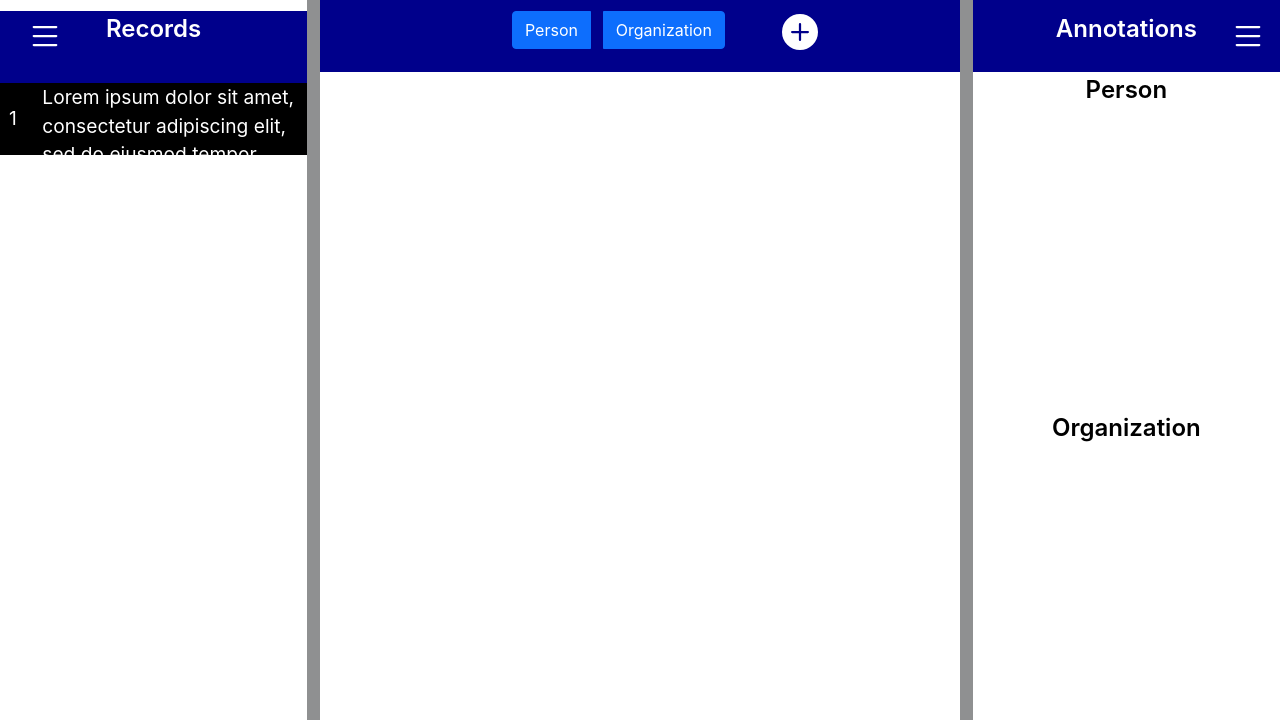
Repository: napan24/classforma_assignment
Page: / (app in client/)
The author's editor kept a copy of each file at every save. The page is drawn from the files as they stood at one save, then again after the next save.
The browser window is 1280 px wide. The pictures show the whole page.
The project was rebuilt for these pictures with package versions that can differ from the ones it lists, and the page was loaded fresh each time. Also part of the build but not shown: client/src/App.css.

Above is the page before, as saved 2022-07-20 18:53:50.

### client/public/index.html
<!DOCTYPE html>
<html lang="en">
  <head>
    <meta charset="utf-8" />
    <link rel="icon" href="%PUBLIC_URL%/favicon.ico" />
    <meta name="viewport" content="width=device-width, initial-scale=1" />
    <meta name="theme-color" content="#000000" />
    <meta
      name="description"
      content="Web site created using create-react-app"
    />
    <link href="https://cdn.jsdelivr.net/npm/bootstrap@5.1.3/dist/css/bootstrap.min.css" rel="stylesheet" integrity="sha384-1BmE4kWBq78iYhFldvKuhfTAU6auU8tT94WrHftjDbrCEXSU1oBoqyl2QvZ6jIW3" crossorigin="anonymous">
    <link rel="apple-touch-icon" href="%PUBLIC_URL%/logo192.png" />
    <!--
      manifest.json provides metadata used when your web app is installed on a
      user's mobile device or desktop. See https://developers.google.com/web/fundamentals/web-app-manifest/
    -->
    <link rel="manifest" href="%PUBLIC_URL%/manifest.json" />
    <!--
      Notice the use of %PUBLIC_URL% in the tags above.
      It will be replaced with the URL of the `public` folder during the build.
      Only files inside the `public` folder can be referenced from the HTML.

      Unlike "/favicon.ico" or "favicon.ico", "%PUBLIC_URL%/favicon.ico" will
      work correctly both with client-side routing and a non-root public URL.
      Learn how to configure a non-root public URL by running `npm run build`.
    -->
    <title>React App</title>
  </head>
  <body>
    <noscript>You need to enable JavaScript to run this app.</noscript>
    <div id="root"></div>
    <!--
      This HTML file is a template.
      If you open it directly in the browser, you will see an empty page.

      You can add webfonts, meta tags, or analytics to this file.
      The build step will place the bundled scripts into the <body> tag.

      To begin the development, run `npm start` or `yarn start`.
      To create a production bundle, use `npm run build` or `yarn build`.
    -->
    <script src="https://cdn.jsdelivr.net/npm/bootstrap@5.1.3/dist/js/bootstrap.bundle.min.js" integrity="sha384-ka7Sk0Gln4gmtz2MlQnikT1wXgYsOg+OMhuP+IlRH9sENBO0LRn5q+8nbTov4+1p" crossorigin="anonymous"></script>
  </body>
</html>

### client/src/App.js
import logo from './logo.svg';
import './App.css';
import Home from './Home';

function App() {
  return (
    <>
      <Home></Home>
    </>
  );
}

export default App;

### client/src/Home.js
'strict origin'
import React, { useState, useEffect } from 'react'
const Home = () => {
    const [textField, setTextField] = useState();
    const [person, setPerson] = useState();
    const [place, setPlace] = useState();
    const [personName, setPersonName] = useState(['']);
    const [placeName, setPlaceName] = useState(['']);
    const [data, setData] = useState("");
    const [leftClose, setLeftClose] = useState(false);
    const [rightClose, setRightClose] = useState(false);
    useEffect(() => {
        if (textField) {
            trending();
        }
    }, [textField])
    const trending = async () => {
        const res = await fetch("/", {
            method: 'POST',
            headers: {
                "Content-Type": "application/json"
            },
            body: JSON.stringify({ textField })
        });
        const result = await res.json();
        console.log(result);
        setPerson(result.filter((arr) => arr.type == 'Person'));
        setPlace(result.filter((arr) => arr.type[0] == 'Place' || arr.type[0] == 'PopulatedPlace' || arr.type[0] == 'Settlement' || arr.type[0] == 'City'));
    };
    useEffect(() => {
        setPersonName(['']);
        if (person) {
            person.forEach(function (arrayItem) {
                setPersonName(curr => [...curr, arrayItem.entityId]);
            });
        }
    }, [person])
    useEffect(() => {
        setPlaceName(['']);
        if (place) {
            console.log(place);
            place.forEach(function (arrayItem) {
                setPlaceName(curr => [...curr, arrayItem.entityId]);
            });
        }
    }, [place])
    const showFile = async (e) => {
        e.preventDefault()
        const reader = new FileReader()
        reader.onload = async (e) => {
            const text = (e.target.result)
            setTextField(text);
        };
        reader.readAsText(e.target.files[0])
    }
    function replace() {
        setTextField(textField.replace(data, ''));
        showAlert("alert")
    }
    function showAlert(id) {
        if (document.getElementById(id).style.display == "inline-block") {
            document.getElementById(id).style.display = "none";
        }
        else {
            document.getElementById(id).style.display = "inline-block";
        }
    }
    function CloseClick(e) {
        setData(e.currentTarget.parentElement.querySelector('.userName').innerText);
        showAlert("alert");
    }
    function showLeftComponent() {
        if (document.getElementById('left_component').style.display == "inline") {
            document.getElementById('left_component').style.display = "none";
            document.getElementById('left_open').style.display = "inline";
        }
        else {
            document.getElementById('left_component').style.display = "inline";
            document.getElementById('left_open').style.display = "none";
        }
        setLeftClose(!leftClose);
    }
    function showRightComponent() {
        if (document.getElementById('right_component').style.display == "inline") {
            document.getElementById('right_component').style.display = "none";
            document.getElementById('right_open').style.display = "inline";
        }
        else {
            document.getElementById('right_component').style.display = "inline";
            document.getElementById('right_open').style.display = "none";
        }
        setRightClose(!rightClose);
    }
    return (
        <>
            <div id="alert" style={{ display: "none", height: "35vh", width: "35vw", backgroundColor: "white", position: "absolute", zIndex: '2', left: "35%", top: "25%", border: "2px solid red" }}>
                <button onClick={() => { showAlert("alert") }} type="button" class="btn btn-primary" style={{ marginRight: "1vw", position: "absolute", bottom: "10%", left: "15%", padding: "2vh" }}>Cancel</button>
                <button onClick={(e) => { replace(e) }} style={{ marginRight: "1vw", position: "absolute", bottom: "10%", left: "65%", padding: "2vh" }} type="button" class="btn btn-primary">Delete</button>
            </div>
            <div style={{ display: 'flex', width: "100vw", height: "100vh", backgroundColor: "#8f9091", overflow: "hidden" }}>
                <div id="left_component" style={{ display: 'inline', width: "24vw", height: "100vh", backgroundColor: "white", marginRight: "1vw" }}>
                    <div style={{ width: "24vw", height: "10vh", backgroundColor: "#00008b", textAlign: 'center', fontSize: '150%', color: "white", fontWeight: "600"}}>
                        <p style={{ marginTop: "1.5vh" }}>
                            Records
                        </p>
                    </div>
                    <svg onClick={() => { showLeftComponent() }} style={{ width: "5vw", height: "5vh", position: 'absolute', left: "1vw", top: "2.5vh", color: 'white' }} xmlns="http://www.w3.org/2000/svg" fill="currentColor" class="bi bi-list" viewBox="0 0 16 16">
                        <path fill-rule="evenodd" d="M2.5 12a.5.5 0 0 1 .5-.5h10a.5.5 0 0 1 0 1H3a.5.5 0 0 1-.5-.5zm0-4a.5.5 0 0 1 .5-.5h10a.5.5 0 0 1 0 1H3a.5.5 0 0 1-.5-.5zm0-4a.5.5 0 0 1 .5-.5h10a.5.5 0 0 1 0 1H3a.5.5 0 0 1-.5-.5z" />
                    </svg>
                    <div style={{ width: "24vw", height: "10vh", backgroundColor: "black",overflow:"hidden",color:"white",fontSize:"120%",display:"flex",justifyContent:'center',alignItems:'center' }}>
                        <span style={{top:"10vh"}}>
                            1
                        </span>
                        <span style={{height:"10vh",width:"20vw",marginLeft:"2vw"}}>
                            Lorem ipsum dolor sit amet, consectetur adipiscing elit, sed do eiusmod tempor incididunt ut labore et dolore magna aliqua. Ut enim ad minim veniam, quis nostrud exercitation ullamco laboris nisi ut aliquip ex ea commodo consequat. Duis aute irure dolor in reprehenderit in voluptate velit esse cillum dolore eu fugiat nulla pariatur. Excepteur sint occaecat cupidatat non proident, sunt in culpa qui officia deserunt mollit anim id est laborum.
                        </span>
                    </div>
                </div>
                <div style={{ width: leftClose && rightClose ? "100vw" : rightClose ? "75vw" : leftClose ? "75vw" : "50vw", height: "100vh", backgroundColor: "white", marginRight: "1vw", overflowY: "unset" }}>
                    <div style={{ width: leftClose && rightClose ? "100vw" : rightClose ? "75vw" : leftClose ? "75vw" : "50vw", height: "10vh", backgroundColor: "#00008b", position: 'relative', overflowY: 'hidden' }}>
                        <svg id="left_open" onClick={() => { showLeftComponent() }} style={{ display: "none", width: "5vw", height: "5vh", position: 'absolute', left: "1vw", top: "2.5vh", color: 'white' }} xmlns="http://www.w3.org/2000/svg" fill="currentColor" class="bi bi-list" viewBox="0 0 16 16">
                            <path fill-rule="evenodd" d="M2.5 12a.5.5 0 0 1 .5-.5h10a.5.5 0 0 1 0 1H3a.5.5 0 0 1-.5-.5zm0-4a.5.5 0 0 1 .5-.5h10a.5.5 0 0 1 0 1H3a.5.5 0 0 1-.5-.5zm0-4a.5.5 0 0 1 .5-.5h10a.5.5 0 0 1 0 1H3a.5.5 0 0 1-.5-.5z" />
                        </svg>
                        <div class="btn-group" style={{ marginTop: "1.5vh", marginLeft: "15vw" }}>
                            <button type="button" class="btn btn-primary" style={{ marginRight: "1vw" }}>Person</button>
                            <button type="button" class="btn btn-primary">Organization</button>
                        </div>
                        <label for="file">
                            <svg style={{ width: "20%", height: "50%", position: "absolute", right: "15%", top: "2vh", color: "white" }} xmlns="http://www.w3.org/2000/svg" fill="currentColor" class="bi bi-plus-circle-fill" viewBox="0 0 16 16">
                                <path d="M16 8A8 8 0 1 1 0 8a8 8 0 0 1 16 0zM8.5 4.5a.5.5 0 0 0-1 0v3h-3a.5.5 0 0 0 0 1h3v3a.5.5 0 0 0 1 0v-3h3a.5.5 0 0 0 0-1h-3v-3z" />
                            </svg>
                        </label>
                        <input type="file" id="file" onChange={(e) => showFile(e)} style={{ display: "none" }} />
                        <svg id="right_open" onClick={() => { showRightComponent() }} style={{ display: "none", width: "5vw", height: "5vh", position: 'absolute', right: "1vw", top: "2.5vh", color: 'white' }} xmlns="http://www.w3.org/2000/svg" fill="currentColor" class="bi bi-list" viewBox="0 0 16 16">
                            <path fill-rule="evenodd" d="M2.5 12a.5.5 0 0 1 .5-.5h10a.5.5 0 0 1 0 1H3a.5.5 0 0 1-.5-.5zm0-4a.5.5 0 0 1 .5-.5h10a.5.5 0 0 1 0 1H3a.5.5 0 0 1-.5-.5zm0-4a.5.5 0 0 1 .5-.5h10a.5.5 0 0 1 0 1H3a.5.5 0 0 1-.5-.5z" />
                        </svg>
                    </div>
                    <div style={{ width: leftClose && rightClose ? "98vw" : rightClose ? "73vw" : leftClose ? "73vw" : "48vw", height: "85vh", marginLeft: "2vw", marginTop: "5vh", overflowY: "scroll" }}>
                        {textField}
                    </div>
                </div>
                <div id="right_component" style={{ display: 'inline', width: "24vw", height: "100vh", backgroundColor: "white" }}>
                    <div style={{ width: "24vw", height: "10vh", backgroundColor: "#00008b", textAlign: 'center', fontSize: '150%', color: "white", fontWeight: "600", position: 'relative' }}>
                        <p style={{ paddingTop: "1.5vh" }}>
                            Annotations
                        </p>
                        <svg onClick={() => { showRightComponent() }} style={{ width: "5vw", height: "5vh", position: 'absolute', right: "0vw", top: "2.5vh", color: 'white' }} xmlns="http://www.w3.org/2000/svg" fill="currentColor" class="bi bi-list" viewBox="0 0 16 16">
                            <path fill-rule="evenodd" d="M2.5 12a.5.5 0 0 1 .5-.5h10a.5.5 0 0 1 0 1H3a.5.5 0 0 1-.5-.5zm0-4a.5.5 0 0 1 .5-.5h10a.5.5 0 0 1 0 1H3a.5.5 0 0 1-.5-.5zm0-4a.5.5 0 0 1 .5-.5h10a.5.5 0 0 1 0 1H3a.5.5 0 0 1-.5-.5z" />
                        </svg>
                    </div>
                    <div style={{ width: "24vw", height: "5vh", backgroundColor: "white", textAlign: 'center', fontSize: '150%', color: "black", fontWeight: "600", marginBottom: "2vh" }}>
                        <p>
                            Person
                        </p>
                    </div>
                    <div style={{ maxWidth: "24vw", height: "40vh", backgroundColor: "white", textAlign: 'center', fontSize: '150%', color: "black", fontWeight: "600", zIndex: "2", overflowY: "scroll", overflowX: "hidden" }}>
                        {personName && personName.map((user) => (
                            user.length > 0 && <div style={{ width: "24vw", color: "black", height: "3vh", fontSize: "2vh", position: 'relative', borderBottom: '1px solid black' }}>
                                <span className='userName' style={{ width: "12vw" }}>
                                    {user}
                                </span>
                                <svg onClick={(e) => { CloseClick(e) }} style={{ width: "3.5vw", height: "3.5vh", position: 'absolute', right: "0vw", top: "0vh" }} xmlns="http://www.w3.org/2000/svg" fill="currentColor" class="bi bi-x" viewBox="0 0 16 16">
                                    <path d="M4.646 4.646a.5.5 0 0 1 .708 0L8 7.293l2.646-2.647a.5.5 0 0 1 .708.708L8.707 8l2.647 2.646a.5.5 0 0 1-.708.708L8 8.707l-2.646 2.647a.5.5 0 0 1-.708-.708L7.293 8 4.646 5.354a.5.5 0 0 1 0-.708z" />
                                </svg>
                            </div>
                        ))}
                    </div>
                    <div style={{ width: "24vw", height: "5vh", backgroundColor: "white", textAlign: 'center', fontSize: '150%', color: "black", fontWeight: "600", marginBottom: "2vh" }}>
                        <p>
                            Organization
                        </p>
                    </div>
                    <div style={{ width: "24vw", height: "40vh", backgroundColor: "white", textAlign: 'center', fontSize: '150%', color: "black", fontWeight: "600", overflowY: "scroll" }}>
                        {placeName && placeName.map((user) => (
                            user.length > 0 && <div style={{ width: "24vw", color: "black", height: "3vh", fontSize: "2vh", position: 'relative', borderBottom: '1px solid black' }}>
                                <span className='userName' style={{ width: "12vw" }}>
                                    {user}
                                </span>
                                <svg onClick={(e) => { CloseClick(e) }} style={{ width: "3.5vw", height: "3.5vh", position: 'absolute', right: "0vw", top: "0vh" }} xmlns="http://www.w3.org/2000/svg" fill="currentColor" class="bi bi-x" viewBox="0 0 16 16">
                                    <path d="M4.646 4.646a.5.5 0 0 1 .708 0L8 7.293l2.646-2.647a.5.5 0 0 1 .708.708L8.707 8l2.647 2.646a.5.5 0 0 1-.708.708L8 8.707l-2.646 2.647a.5.5 0 0 1-.708-.708L7.293 8 4.646 5.354a.5.5 0 0 1 0-.708z" />
                                </svg>
                            </div>
                        ))}
                    </div>
                </div>
            </div>
        </>
    )
}

export default Home

Loaded but not shown: client/src/index.js (common file); client/src/index.css (common file); client/src/reportWebVitals.js (common file)

After the next save:
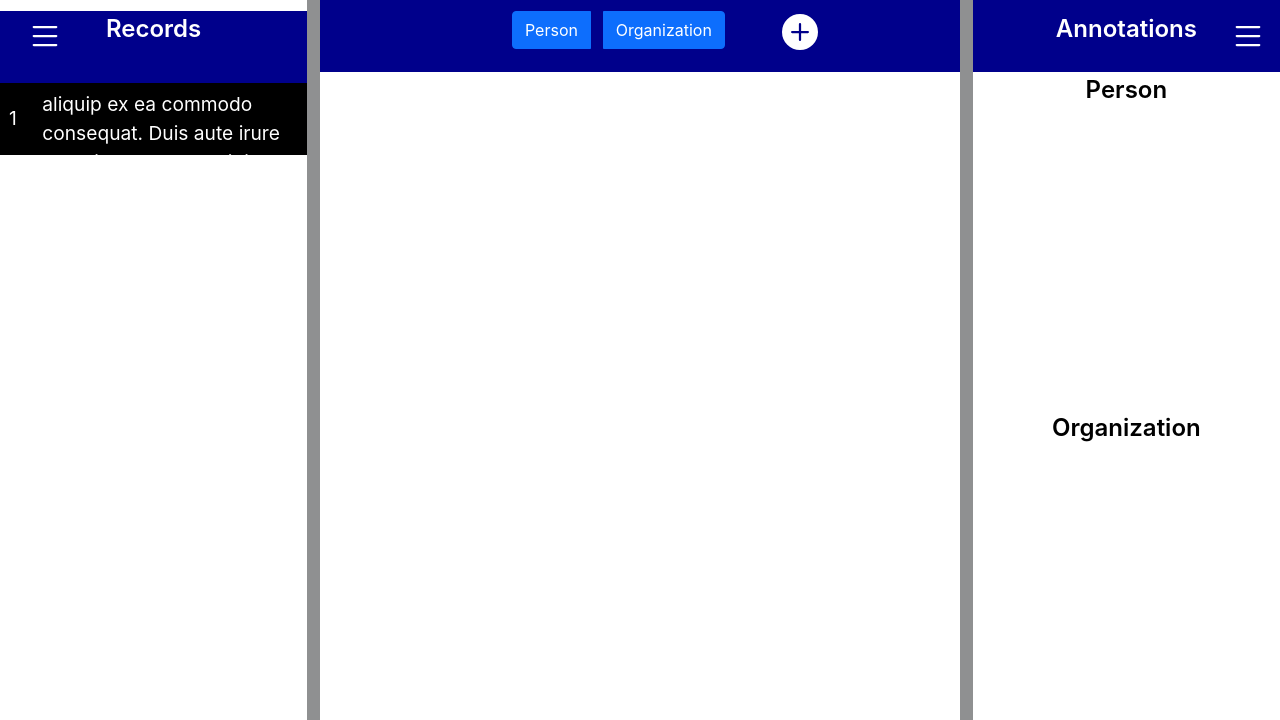
Saved 5 s later.
--- a/client/src/Home.js
+++ b/client/src/Home.js
@@ -111,7 +111,7 @@ const Home = () => {
                         <span style={{top:"10vh"}}>
                             1
                         </span>
-                        <span style={{height:"10vh",width:"20vw",marginLeft:"2vw"}}>
+                        <span style={{width:"20vw",marginLeft:"2vw"}}>
                             Lorem ipsum dolor sit amet, consectetur adipiscing elit, sed do eiusmod tempor incididunt ut labore et dolore magna aliqua. Ut enim ad minim veniam, quis nostrud exercitation ullamco laboris nisi ut aliquip ex ea commodo consequat. Duis aute irure dolor in reprehenderit in voluptate velit esse cillum dolore eu fugiat nulla pariatur. Excepteur sint occaecat cupidatat non proident, sunt in culpa qui officia deserunt mollit anim id est laborum.
                         </span>
                     </div>
